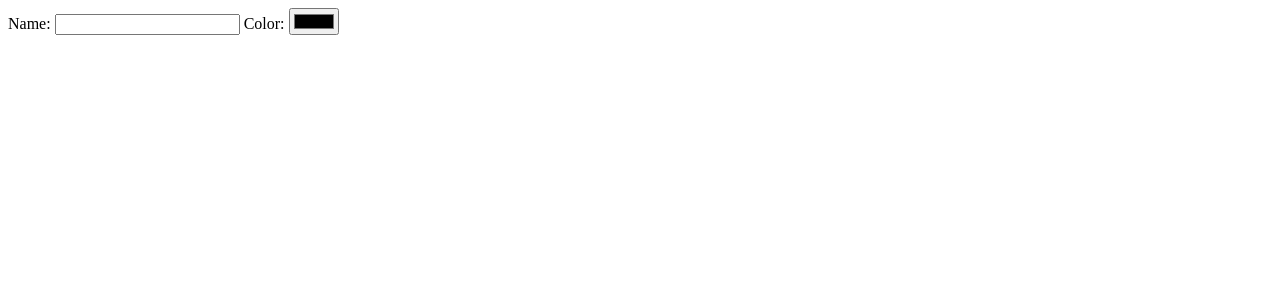
Repository: danksky/CSCI-201-Archive
Page: workspace3/CSCI201Factory_Lab4/WebContent/setupForm.html
An editor plug-in stored every save of this project. The page is shown before and after the next save, followed by the edit.
The browser window is 1280 px wide. The pictures show the whole page.

Above is the page before, as saved 2017-02-08 20:34:10.

After the next save:
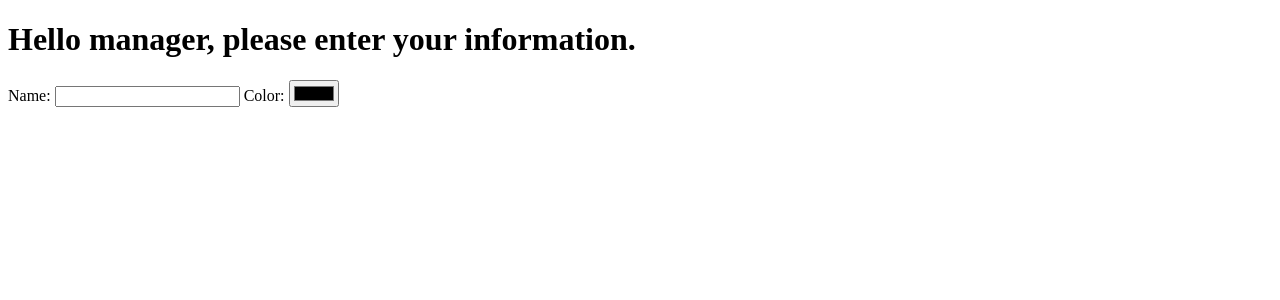
Saved 9 min 40 s later.
--- a/workspace3/CSCI201Factory_Lab4/WebContent/setupForm.html
+++ b/workspace3/CSCI201Factory_Lab4/WebContent/setupForm.html
@@ -5,6 +5,7 @@
 <title>Insert title here</title>
 </head>
 <body>
+<h1>Hello manager, please enter your information.</h1>
 	<form>
 		<td>Name: <input type="text" name="name-field"></td>
 		<td>Color: <input type="color" name="color"></td>
